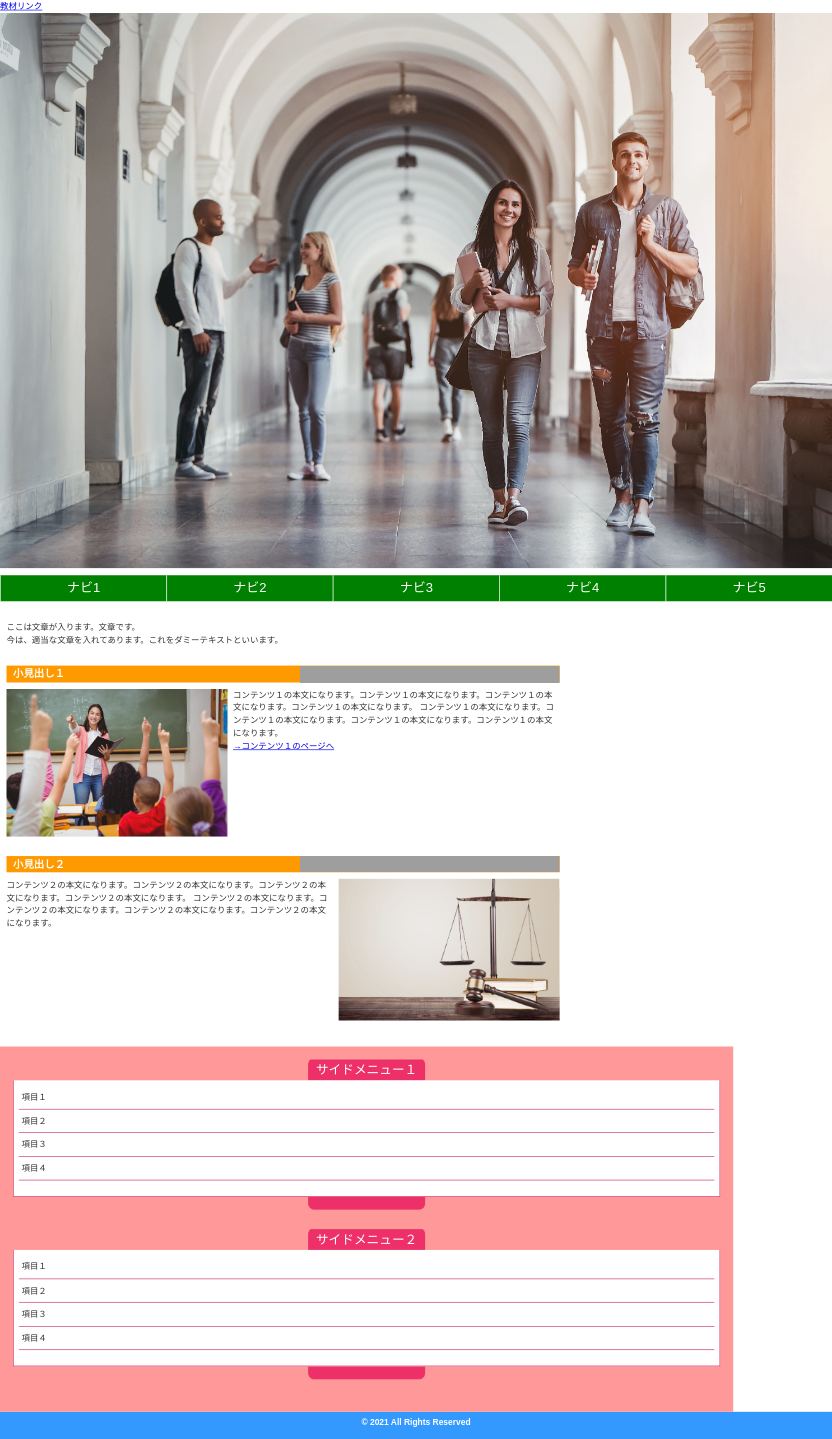
Repository: fukkatsuno-neda/samurai_HTML-CSS
Page: 侍教材/home.html
The author's editor kept a record of every edit. The page is drawn from the files as they stood at one moment, then again after the next edit.
The browser window is 1280 px wide. The pictures show the whole page, at 65% of full size.
Pictures or frames that could not be fetched are drawn as grey boxes.

Above is the page before.

After the next edit:
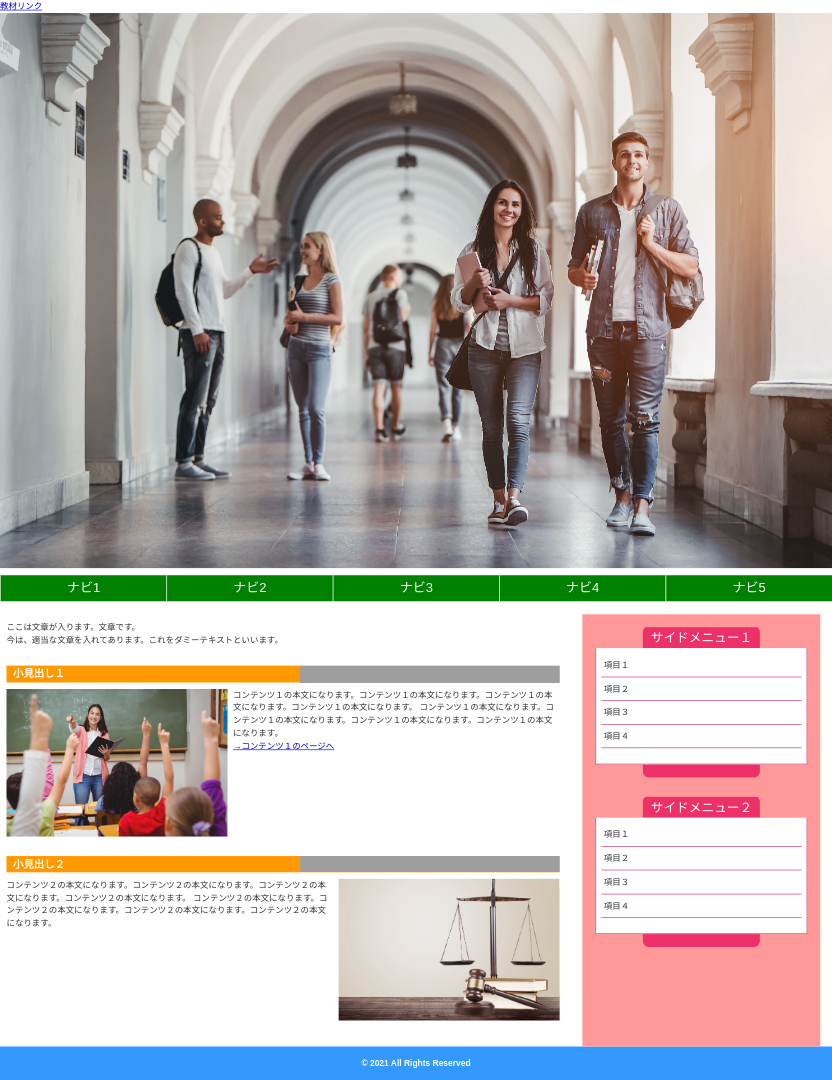
The edit:
--- a/侍教材/home.html
+++ b/侍教材/home.html
@@ -33,19 +33,16 @@
                             コンテンツ１の本文になります。コンテンツ１の本文になります。コンテンツ１の本文になります。コンテンツ１の本文になります。
                         </p>
                         <p><a href="#">→コンテンツ１のページへ</a></p>
-
-
-                       </div>
-                       <div class="post clearfix">
-                           <h2>小見出し２</h2>
-                           <img class="right" src="../images/scale.jpg" alt="天秤" />
-                           <p>
-                               コンテンツ２の本文になります。コンテンツ２の本文になります。コンテンツ２の本文になります。コンテンツ２の本文になります。
-                               コンテンツ２の本文になります。コンテンツ２の本文になります。コンテンツ２の本文になります。コンテンツ２の本文になります。
-                           </p>
-                       </div>
-                   </div>
-               </div>
+                    </div>
+                    <div class="post clearfix">
+                        <h2>小見出し２</h2>
+                        <img class="right" src="../images/scale.jpg" alt="天秤" />
+                        <p>
+                            コンテンツ２の本文になります。コンテンツ２の本文になります。コンテンツ２の本文になります。コンテンツ２の本文になります。
+                            コンテンツ２の本文になります。コンテンツ２の本文になります。コンテンツ２の本文になります。コンテンツ２の本文になります。
+                        </p>
+                    </div>
+                </div>
                <div id="side">
                    <div class="box">
                        <h2>サイドメニュー１</h2>
